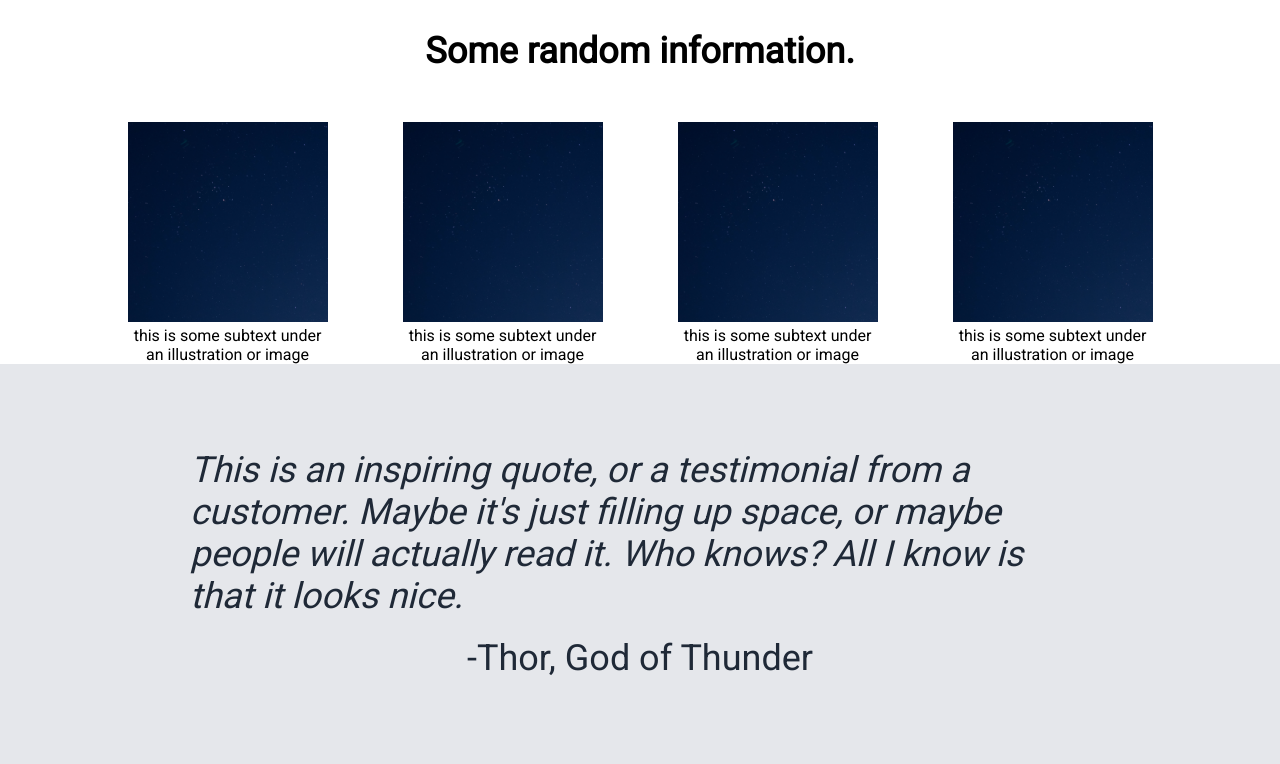
Repository: aaronestre/odin-landingpage
Page: index.html
These files come from the project's save history. The page is drawn as it stood at one moment and after the next save; the edit follows.
The browser window is 1280 px wide. The pictures show the part of the page from y = 570 to 1384 px (the page is 1334 px tall before and 1384 px after).
A picture or video elsewhere on the page could not be fetched, so the positions and the page height are approximate.

Above is the page before, as saved 2025-02-12 20:25:06.

After the next save:
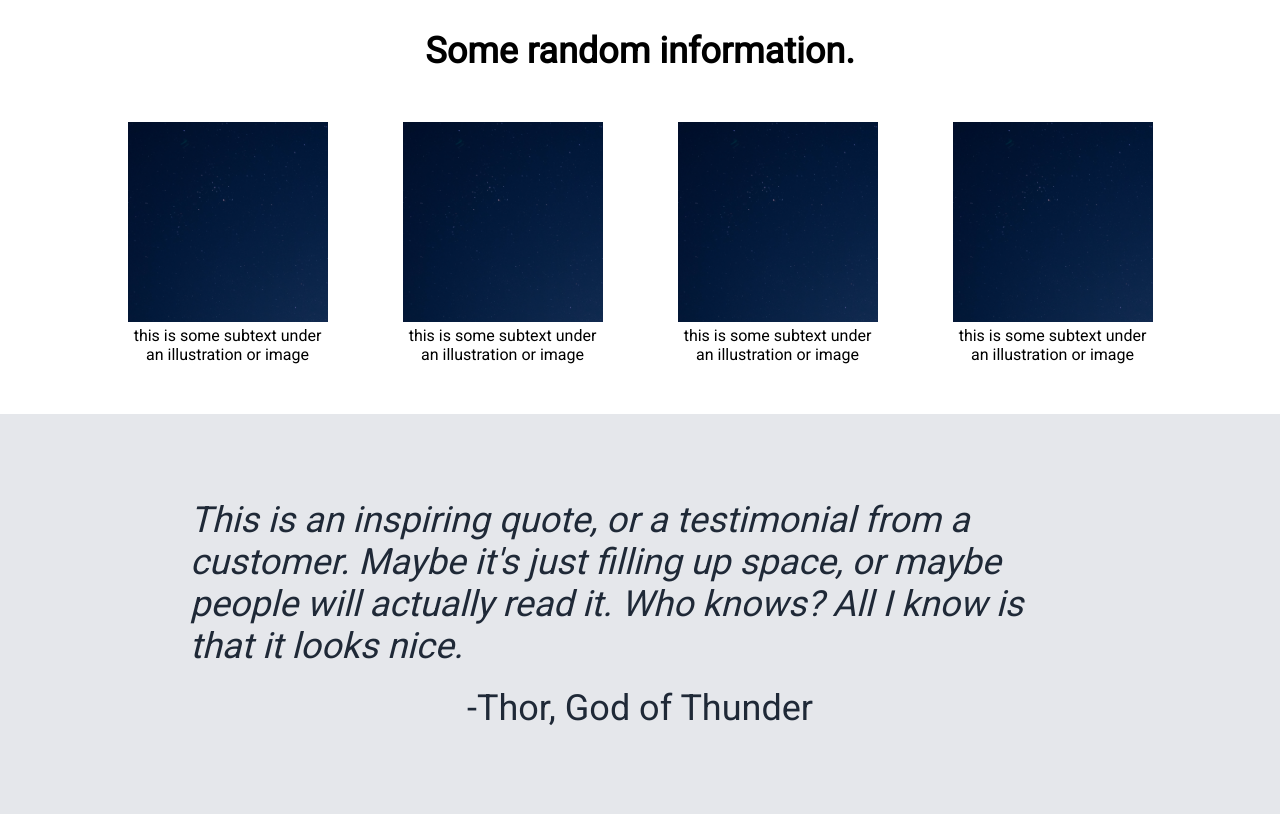
Saved 21 s later.
--- a/index.css
+++ b/index.css
@@ -75,6 +75,7 @@
     flex-direction: column;
     justify-content: center;
     align-items: center;
+    margin-bottom: 50px;
 }
 
 .info h1 {
